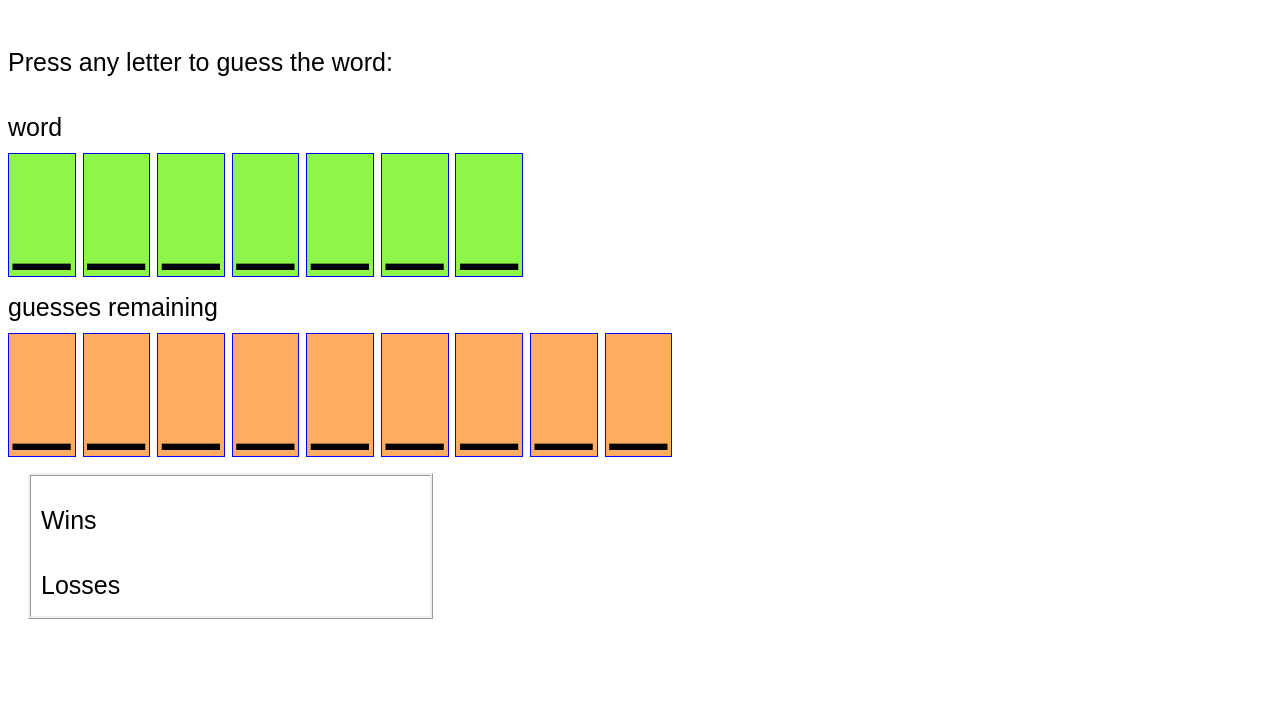
Repository: dsaftler/JavaScript
Page: index.html
These files come from the project's save history. The page is drawn as it stood at one moment and after the next save; the edit follows.
The browser window is 1280 px wide. The pictures show the whole page.

Above is the page before, as saved 2019-03-30 20:47:16.

### index.html
<!DOCTYPE html>
<html lang="en">
<head>
  <meta charset="UTF-8">
  <meta name="viewport" content="width=device-width, initial-scale=1.0">
  <meta http-equiv="X-UA-Compatible" content="ie=edge">
  <link href="https://fonts.googleapis.com/css?family=Ubuntu+Mono" rel="stylesheet">
  <link rel="stylesheet" href="assets\css\style.css">

  <title>JavaScript Hangman Game</title>
</head>
<body>
    <div class="container showtext">
        <div class="instructions showtext">Press any letter to guess the word:

        </div>
        <div class="word showtext">word</div>
         <div class="letter match" id="chr_0">_</div>
         <div class="letter match" id="chr_1">_</div>
         <div class="letter match" id="chr_2">_</div>
         <div class="letter match" id="chr_3">_</div>
         <div class="letter match" id="chr_4">_</div>
         <div class="letter match" id="chr_5">_</div>
         <div class="letter match" id="chr_6">_</div>


        <div class="guesses showtext" id="showRemaining">guesses remaining </div>

        <div class="letter guessed" id="guess_0">_</div>
        <div class="letter guessed" id="guess_1">_</div>
        <div class="letter guessed" id="guess_2">_</div>
        <div class="letter guessed" id="guess_3">_</div>
        <div class="letter guessed" id="guess_4">_</div>
        <div class="letter guessed" id="guess_5">_</div>
        <div class="letter guessed" id="guess_6">_</div>
        <div class="letter guessed" id="guess_7">_</div>
        <div class="letter guessed" id="guess_8">_</div>


      <div class="score">
      <div class="showtext" id="showWins">Wins</div>
      <div class="showtext" id="showLosses">Losses</div>
      </div>
    </div>

    <script type="text/javascript" src="assets/javascript/game.js"></script>


</body>
</html>

### assets/css/style.css
body {font-family: 'Ubuntu', sans-serif;
font-weight: 400}
.showtext {height:35px;
padding: 20px 0 10px;
font-size: 25px;}
.letter {font-size: 100px;
  display: inline;
  padding: 5px;}
.match {
  border: 1px solid blue;
  background-color: rgb(142, 245, 73)}
.guessed {
  font-weight: 100;
  border: 1px solid blue;
  background-color: rgb(255, 173, 96)}
.score{
  margin-top: 20px;
  margin-left: 20px;
  padding:10px;
  height:120px;
  width: 30%;
  border-style: ridge}

### assets/javascript/game.js

// Variables
var wordArr
var cntWins,
  curCntGuess,
  ltr_0,
  ltr_1,
  ltr_2,
  ltr_3,
  ltr_4,
  ltr_5,
  ltr_6;

 var ltrTried_0,
  ltrTried_1,
  ltrTried_2,
  ltrTried_3,
  ltrTried_4,
  ltrTried_5,
  ltrTried_6,
  ltrTried_7,
  ltrTried_8,
  ltrTried_9 ;

var maxGuesses=9
var  cntWins=0;
var userGuess;
// within the game
// while wordArr.length>0
//while (wordArr.length>0) {
var curPtr,curCntGuess,
  curLetter,curWord,myWord,
  badGuess, curWordArr,builtWord,
  isFound,
  curPtr=0,
  firstTime=true;
  console.log('firstTime:' +firstTime)
  wordArr= ["unicorn","griffin","dragon","mermaid","centaur","pegasus"];
initGame();

document.onkeydown = function(event){
  isFound=false
  // Determines which key was pressed.
  var userGuess = event.key;
  userGuess=userGuess.toLowerCase()
  console.log("userGuess: "+userGuess);
  // is userGuess already in badGuess
  document.getElementById("currGuess").textContent=userGuess;
  for (let i=0; i<badGuess.length; i++) {
        //See if that letter was already chosen by parsing badGuess
    if (badGuess[i]===userGuess){
      alert("You alread guessed "+userGuess)
      isFound=true
    }
  }
                //see if it's in the target word
                // for every letter in curWord, see if that letter exists at that index  charAt(index)
  console.log("curWordArr "+curWordArr)
  if (!isFound)
  {
    for (let i=0; i<curWordArr.length; i++)
    {
                  //if index [j]is blank and matches our guess

      if (curWordArr[i]===userGuess)
      {
        console.log("curWordArr "+i+'='+curWordArr[i])
        builtWord[i]=userGuess
                 //set getElementId for that index (see if I can create a variable "ltr_"+(toString([j]))
        el="ltr_"+i;
        //getElementById(el).textContent:userGuess;
        isFound=true
      }
    }
  }
  if (!isFound)
  {
        // push to badGuess
      badGuess.push(userGuess)
      console.log("badGuess: "+badGuess)
      curCntGuess++
      console.log("curCntGuess :" +curCntGuess)
      // push content for ltrTried ids
      // show content for badguesses
  }



  if (curCntGuess>maxGuesses){
      alert('You lost')
      nextWord()
  } else {
    if (collapseArray()===curWord){
      alert("You won ")
      nextWord()
    } else {
      myWord=''
    }
  }

}


function initGame(){

  curCntGuess = 0;
  curLetter="";
  curWord="";
  myWord="";
  badGuess = [];
  curWordArr=[];
  builtWord=[];
  console.log("WordArr aft: "+wordArr)
  console.log("wordArr.length: "+wordArr.length)
  curPtr=getRandomPtr(wordArr.length); //0
  console.log("curPtr: "+curPtr)
  //curWordArr = array the word at that index
  curWord=wordArr[curPtr];   //unicorn
  console.log("curWord: "+curWord)
  for (let i=0; i<curWord.length; i++){
    myLetter=curWord.charAt([i]);
    //console.log(myLetter);
    curWordArr.push(myLetter);
  }
  //clear the ltrTried & ltr elements
  //console.log(curPtr);
  //console.log(curWord);
  console.log("curWordArr "+curWordArr)
}

function nextWord(){
  console.log("Word Arr b4: " +wordArr)
  wordArr.splice(curPtr,1)
  var newArr=Array.from(wordArr)
  console.log("WordArr aft: "+wordArr)
  console.log("newArr aft: "+newArr)
  console.log("wordArr.length: "+wordArr.length)
  console.log("newArr length: "+newArr.length)
  wordArr=[];
  wordArr=Array.from(newArr)
  console.log("WordArr from newArr: "+wordArr)
  console.log("wordArr.length: "+wordArr.length)

  if (wordArr.length=0){
    alert("End of Game")
  }else{
    initGame()
  }
}


function collapseArray(){

  for (let k=0; k<builtWord.length; k++) {
    localVal=builtWord[k]
    if (typeof(localVal)!='undefined') {
   // console.log("myWord length: "+myWord.length+ " K is "+localVal)
    myWord=myWord+localVal
   //console.log("myWord "+myWord)
    }
  }
  return myWord
}


function getUserGuess() {
  var userGuess= document.getElementById("getKeyPress");
  userGuess=userGuess.toLowerCase();


  }



function getRandomPtr(max) {
      return Math.floor(Math.random() * Math.floor(max));
      // this will return 0 through max-1
}
function getRandomInt(max) {
  return getRandomPtr(max)+1
  // this will return 1 through max
}

After the next save:
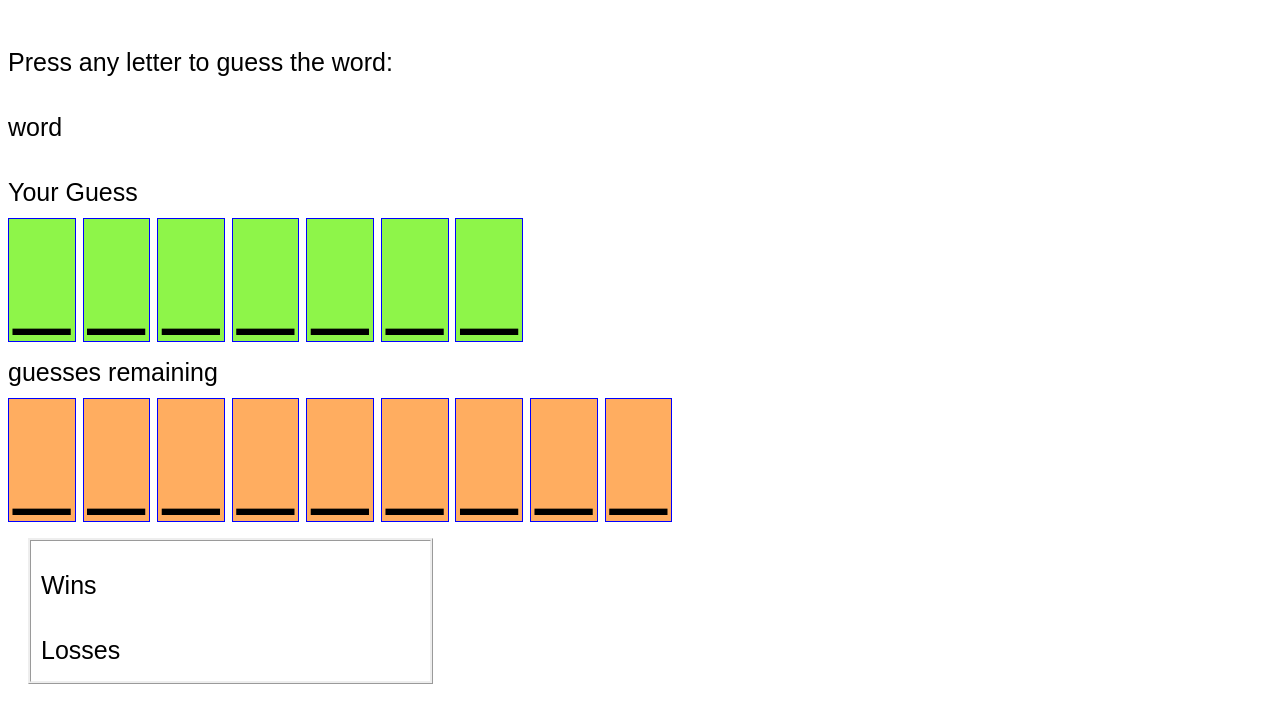
Saved 4 min 50 s later.
--- a/index.html
+++ b/index.html
@@ -15,6 +15,7 @@
 
         </div>
         <div class="word showtext">word</div>
+        <div id="curGuess" class="word showtext">Your Guess</div>
          <div class="letter match" id="chr_0">_</div>
          <div class="letter match" id="chr_1">_</div>
          <div class="letter match" id="chr_2">_</div>
